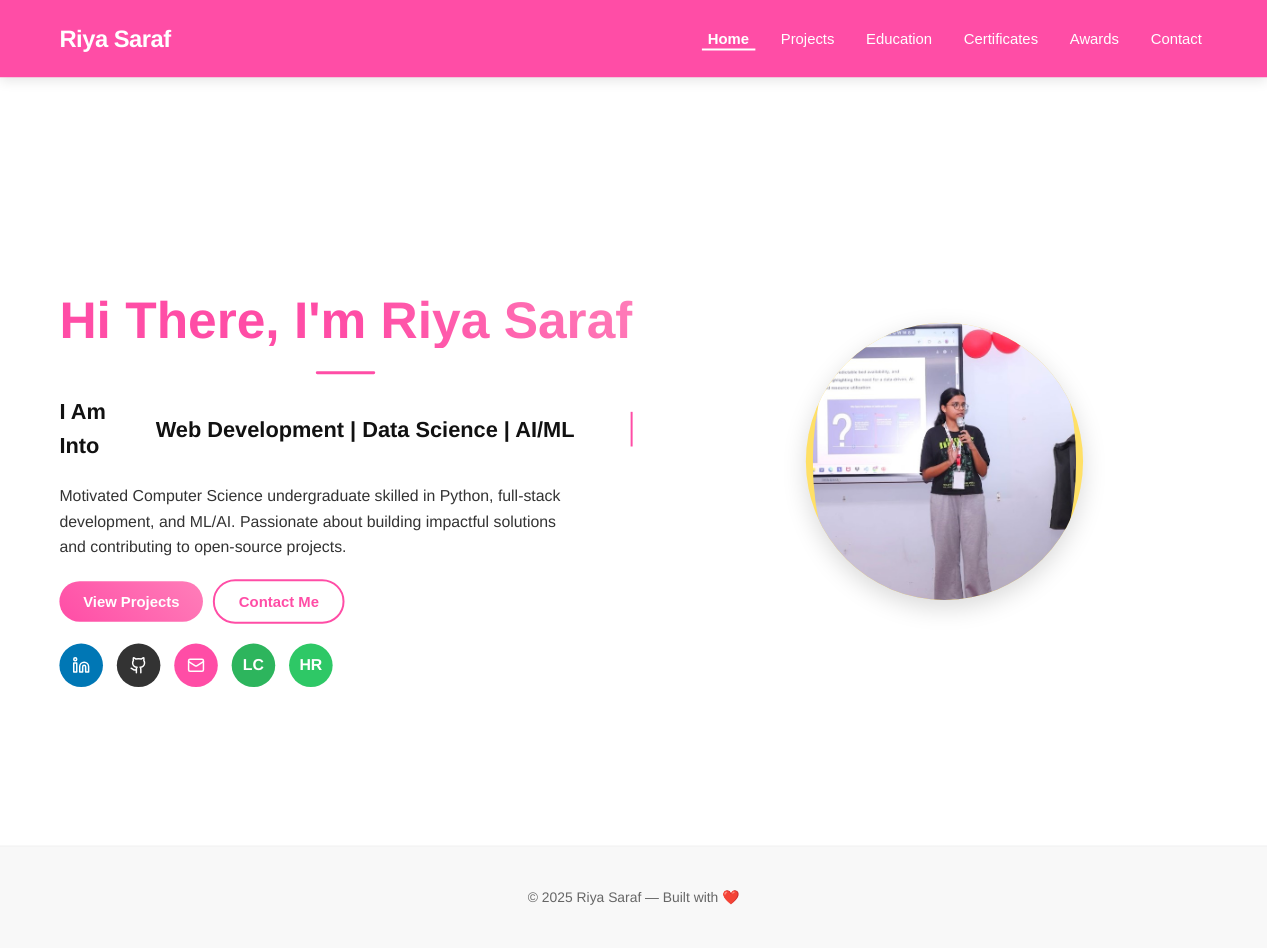
Repository: riyaaaa19/riya-portfolio
Page: /
An editor plug-in stored every save of this project. The page is shown before and after the next save, followed by the edit.
The browser window is 1280 px wide. The pictures show the whole page, at 99% of full size.
The project was rebuilt for these pictures with package versions that can differ from the ones it lists, and the page was loaded fresh each time. Also part of the build but not shown: src/components/TimelineCard.js.

Above is the page before, as saved 2025-09-13 17:27:22.

### src/App.js
import React, { useState } from "react";
import { Mail, Github, Linkedin } from "lucide-react";
import TimelineCard from "./components/TimelineCard"; // adjust path if needed
import "./styles.css"; // Add styles here

export default function RiyaSarafPortfolio() {
  const [activePage, setActivePage] = useState("home");

  const projects = [
    {
      title: "Leave Management System",
      tech: "React.js, FastAPI, PostgreSQL, JWT",
      desc: "Full-stack app for managing employee leave requests with role-based access and JWT authentication.",
      github: "https://github.com/riyaaaa19/leave-management-system",
      live: "https://leave-management-system-cltb.onrender.com/",
      img: "/images/leave.png",
    },
    {
      title: "Genomic Analysis Web Application",
      tech: "Python, Django, Scikit-learn, Pandas",
      desc: "Django app for genomic data analysis with ML model selection, preprocessing and visualizations.",
      github: "https://github.com/riyaaaa19/genomic-analysis-django",
      img: "/images/genomics.png",
    },
    {
      title: "CyberSaarthi – Phishing & Invoice Fraud Detection",
      tech: "FastAPI, React.js, SQLite",
      desc: "ML + rule-based backend for phishing and invoice fraud detection with document parsing and structured reports.",
      github: "https://github.com/riyaaaa19/CyberSaarthi",
      img: "/images/cyber.png",
    },
  ];

  const education = [
    {
      school: "BADERIA GLOBAL INSTITUTE OF ENGINEERING AND MANAGEMENT",
      degree: "B.Tech CSE (Data Science)",
      year: "2022 – 2026",
      score: "CGPA: 8.28",
    },
    {
      school: "Nachiketa Higher Secondary School, Jabalpur",
      degree: "Class 12th • PCM • State Board",
      year: "2022",
      score: "Percentage: 73.4%",
    },
    {
      school: "Nachiketa Higher Secondary School, Jabalpur",
      degree: "Class 10th • State Board",
      year: "2020",
      score: "Percentage: 92%",
    },
  ];

  const certificates = [
    { title: "PCAP: Programming Essentials in Python", img: "/images/certificate1.jpg" },
    { title: "Introduction to Data Science — Cisco", img: "/images/certificate2.jpg" },
    { title: "Accenture Data Analytics Simulation", img: "/images/certificate3.jpg" },
    { title: "Global Entrepreneur Summit — IIT Kharagpur", img: "/images/certificate4.jpg" },
  ];

  const awards = [
    { title: "Branch Topper — 2023, 2024, 2025", img: "/images/award1.jpg" },
    { title: "Best Girls Team Award — Hack SRIT 2025", img: "/images/award2.jpg" },
    { title: "1st Runner-Up — Ecopreneur Hackathon", img: "/images/award3.jpg" },
  ];

  return (
    <div>
      <header>
        <h1>Riya Saraf</h1>
        <nav>
          {["home", "projects", "education", "certificates", "awards", "contact"].map((page) => (
            <button
              key={page}
              onClick={() => setActivePage(page)}
              className={activePage === page ? "active" : ""}
            >
              {page.charAt(0).toUpperCase() + page.slice(1)}
            </button>
          ))}
        </nav>
      </header>

      {activePage === "home" && (
        <section className="hero">
          <div className="particle-bg">
            <span></span><span></span><span></span><span></span><span></span>
          </div>

          <div className="hero-text">
            <h2>
              Hi There, I'm <span className="highlight">Riya Saraf</span>
            </h2>
            <h3>
              I Am Into{" "}
              <span className="typing">
                Web Development | Data Science | AI/ML
              </span>
            </h3>
            <p>
              Motivated Computer Science undergraduate skilled in Python,
              full-stack development, and ML/AI. Passionate about building
              impactful solutions and contributing to open-source projects.
            </p>
            <div style={{ marginTop: "20px" }}>
              <button className="cta" onClick={() => setActivePage("projects")}>
                View Projects
              </button>
              <button className="outline" onClick={() => setActivePage("contact")}>
                Contact Me
              </button>
            </div>
            <div className="social-icons">
              <a href="https://linkedin.com/in/riya-saraf-9223a9257" target="_blank" rel="noreferrer">
                <Linkedin size={18} />
              </a>
              <a href="https://github.com/riyaaaa19" target="_blank" rel="noreferrer">
                <Github size={18} />
              </a>
              <a href="mailto:riyasaraf19@gmail.com">
                <Mail size={18} />
              </a>
              <a href="https://leetcode.com/u/riyaaa19/" target="_blank" rel="noreferrer">LC</a>
              <a href="https://www.hackerrank.com/profile/riyasaraf19" target="_blank" rel="noreferrer">HR</a>
            </div>
          </div>

          <div className="hero-img">
            <div className="avatar-circle">
              <img src="/images/riya-photo.png" alt="Riya Saraf" />
            </div>
          </div>
        </section>
      )}

      {activePage === "projects" && (
        <section>
          <h2>Projects</h2>
          <div className="grid">
            {projects.map((p, i) => (
              <TimelineCard
                key={i}
                title={p.title}
                subtitle={p.tech}
                img={p.img}
                score={<span style={{ color: "#555" }}>{p.desc}</span>}
                github={p.github}
                live={p.live}
                type="project"
              />
            ))}
          </div>
        </section>
      )}

      {activePage === "education" && (
        <section>
          <h2>Education</h2>
          {education.map((e, i) => (
            <TimelineCard
              key={i}
              title={e.school}
              subtitle={e.degree}
              year={e.year}
              score={e.score}
              icon="🎓"
              type="education"
            />
          ))}
        </section>
      )}

      {activePage === "certificates" && (
        <section>
          <h2>Certificates</h2>
          <div className="grid">
            {certificates.map((c, i) => (
              <TimelineCard key={i} title={c.title} img={c.img} type="certificate" />
            ))}
          </div>
        </section>
      )}

      {activePage === "awards" && (
        <section>
          <h2>Awards</h2>
          <div className="grid">
            {awards.map((a, i) => (
              <TimelineCard key={i} title={a.title} img={a.img} type="award" />
            ))}
          </div>
        </section>
      )}

      {activePage === "contact" && (
        <section>
          <h2>Contact</h2>
          <p>
            Email:{" "}
            <a href="mailto:riyasaraf19@gmail.com" style={{ color: "#ff4da6" }}>
              riyasaraf19@gmail.com
            </a>
          </p>
          <p>
            LinkedIn:{" "}
            <a
              href="https://linkedin.com/in/riya-saraf-9223a9257"
              target="_blank"
              rel="noreferrer"
              style={{ color: "#ff4da6" }}
            >
              linkedin.com/in/riya-saraf
            </a>
          </p>
          <p>
            GitHub:{" "}
            <a
              href="https://github.com/riyaaaa19"
              target="_blank"
              rel="noreferrer"
              style={{ color: "#ff4da6" }}
            >
              github.com/riyaaaa19
            </a>
          </p>
        </section>
      )}

      <footer>© {new Date().getFullYear()} Riya Saraf — Built with ❤️</footer>
    </div>
  );
}

### src/styles.css
body {
  margin: 0;
  font-family: 'Helvetica Neue', Arial, sans-serif;
  background: linear-gradient(135deg, #fdfbfb 0%, #ebedee 100%);
  color: #111;
  line-height: 1.6;
  scroll-behavior: smooth;
}

/* ===== Header ===== */
header {
  position: sticky;
  top: 0;
  background: #ff4da6;
  padding: 20px 60px;
  display: flex;
  justify-content: space-between;
  align-items: center;
  z-index: 100;
  box-shadow: 0 4px 12px rgba(0, 0, 0, 0.1);
  animation: slideDown 0.8s ease-in-out;
}

header h1 {
  margin: 0;
  font-size: 24px;
  font-weight: 700;
  color: #fff;
  letter-spacing: -0.5px;
  transition: transform 0.3s ease;
}

header h1:hover {
  transform: scale(1.08);
}

nav button {
  background: none;
  border: none;
  margin-left: 20px;
  font-size: 15px;
  color: #fff;
  cursor: pointer;
  transition: color 0.3s, border-bottom 0.3s, transform 0.3s;
}

nav button.active {
  font-weight: 600;
  border-bottom: 2px solid #fff;
  padding-bottom: 2px;
}

nav button:hover {
  color: #ffe3f0;
  transform: translateY(-2px);
}

/* ===== Sections ===== */
section {
  padding: 80px 60px;
  background: white;
  animation: fadeIn 1s ease-in;
}

section h2 {
  font-size: 32px;
  font-weight: 700;
  margin-bottom: 25px;
  color: #ff4da6;
  text-align: center;
  position: relative;
}

section h2::after {
  content: "";
  width: 60px;
  height: 3px;
  background: #ff4da6;
  display: block;
  margin: 10px auto 0;
  border-radius: 2px;
  animation: expand 0.8s ease-in-out;
}

/* ===== Hero Section ===== */
.hero {
  display: flex;
  justify-content: space-between;
  align-items: center;
  gap: 50px;
  padding: 100px 60px;
  min-height: 80vh;
  position: relative;
  overflow: hidden;
}

.hero-text h2 {
  font-size: 52px;
  font-weight: 800;
  margin-bottom: 10px;
  color: #ff4da6;
}

.hero-text .highlight {
  background: linear-gradient(45deg, #ff4da6, #ff7eb9);
  background-clip: text;
  -webkit-background-clip: text;
  color: transparent;
  -webkit-text-fill-color: transparent;
}

.hero-text h3 {
  font-size: 22px;
  font-weight: 600;
  margin: 20px 0;
  color: #111;
  display: flex;
  align-items: center;   /* keeps alignment */
  gap: 8px;              /* spacing between static text and typing */
}

.hero-text p {
  max-width: 520px;
  font-size: 16px;
  color: #333;
  line-height: 1.6;
}

.typing {
  display: inline-block;
  border-right: 2px solid #ff4da6;
  white-space: nowrap;
  overflow: hidden;
  vertical-align: middle;
  animation: typing 5s steps(30) infinite alternate;
}

@keyframes typing {
  from { width: 0; }
  to { width: 100%; }
}

/* ===== Avatar ===== */
.hero-img {
  flex: 1;
  display: flex;
  justify-content: center;
  align-items: center;
}

.avatar-circle {
  width: 280px;
  height: 280px;
  border-radius: 50%;
  background: #ffe066;
  display: flex;
  justify-content: center;
  align-items: center;
  box-shadow: 0 8px 25px rgba(0,0,0,0.15);
  overflow: hidden;
  transition: transform 0.4s ease, box-shadow 0.4s ease;
}

.avatar-circle img {
  width: 95%;
  height: auto;
  border-radius: 50%;
  object-fit: cover;
}

.avatar-circle:hover {
  transform: scale(1.05);
  box-shadow: 0 10px 30px rgba(255, 77, 166, 0.3);
}

/* ===== Buttons ===== */
button.cta,
button.outline {
  font-size: 15px;
  padding: 12px 24px;
  border-radius: 25px;
  font-weight: 600;
  cursor: pointer;
}

button.cta {
  background: linear-gradient(45deg, #ff4da6, #ff7eb9);
  color: white;
  border: none;
  margin-right: 10px;
  transition: transform 0.3s, box-shadow 0.3s;
}

button.cta:hover {
  transform: translateY(-2px);
  box-shadow: 0 4px 12px rgba(255, 77, 166, 0.4);
}

button.outline {
  background: none;
  border: 2px solid #ff4da6;
  color: #ff4da6;
  transition: all 0.3s ease-in-out;
}

button.outline:hover {
  background: #ff4da6;
  color: white;
  box-shadow: 0 4px 12px rgba(255, 77, 166, 0.4);
}

/* ===== Social Icons ===== */
.social-icons {
  display: flex;
  gap: 14px;
  margin-top: 20px;
}

.social-icons a {
  width: 44px;
  height: 44px;
  border-radius: 50%;
  display: flex;
  align-items: center;
  justify-content: center;
  font-size: 16px;
  color: #fff;
  transition: transform 0.3s ease, background 0.3s ease;
  text-decoration: none;
}

.social-icons a:hover {
  transform: translateY(-3px);
}

/* Specific brand colors */
.social-icons a[href*="linkedin"] { background: #0077b5; }
.social-icons a[href*="github"] { background: #333; }
.social-icons a[href*="mailto"] { background: #ff4da6; }
.social-icons a[href*="leetcode"] { background: #2db55d; font-weight: 600; }
.social-icons a[href*="hackerrank"] { background: #2ec866; font-weight: 600; }

/* ===== Particle Background (Pure CSS) ===== */
.particle-bg {
  position: absolute;
  top: 0;
  left: 0;
  width: 100%;
  height: 100%;
  overflow: hidden;
  z-index: -1;
}

.particle-bg span {
  position: absolute;
  display: block;
  width: 6px;
  height: 6px;
  background: #ff4da6;
  border-radius: 50%;
  animation: float 10s linear infinite;
  opacity: 0.5;
}

.particle-bg span:nth-child(1) { top: 20%; left: 15%; animation-duration: 12s; }
.particle-bg span:nth-child(2) { top: 40%; left: 70%; animation-duration: 8s; }
.particle-bg span:nth-child(3) { top: 65%; left: 25%; animation-duration: 15s; }
.particle-bg span:nth-child(4) { top: 80%; left: 55%; animation-duration: 10s; }
.particle-bg span:nth-child(5) { top: 30%; left: 85%; animation-duration: 14s; }

@keyframes float {
  0% { transform: translateY(0) scale(1); opacity: 0.6; }
  50% { transform: translateY(-40px) scale(1.2); opacity: 1; }
  100% { transform: translateY(0) scale(1); opacity: 0.6; }
}

/* ===== Cards Grid ===== */
.grid {
  display: grid;
  grid-template-columns: repeat(auto-fit, minmax(360px, 1fr)); /* bigger */
  gap: 30px;
  padding: 30px 0;
  justify-content: center;
}

.grid img {
  width: 100%;
  height: 220px;            /* uniform */
  object-fit: cover;
  border-radius: 12px;
  transition: transform 0.4s ease, box-shadow 0.4s ease;
}

.grid img:hover {
  transform: scale(1.03);
  box-shadow: 0 10px 20px rgba(0, 0, 0, 0.15);
}

/* ===== Footer ===== */
footer {
  text-align: center;
  padding: 40px 0;
  font-size: 14px;
  color: #666;
  background: #f8f8f8;
  border-top: 1px solid #eee;
}

/* ===== Animations ===== */
@keyframes fadeIn {
  0% { opacity: 0; transform: translateY(20px); }
  100% { opacity: 1; transform: translateY(0); }
}

@keyframes fadeUp {
  0% { opacity: 0; transform: translateY(40px); }
  100% { opacity: 1; transform: translateY(0); }
}

@keyframes slideDown {
  0% { transform: translateY(-100%); }
  100% { transform: translateY(0); }
}

@keyframes expand {
  from { width: 0; }
  to { width: 60px; }
}

Loaded but not shown: public/index.html (common file); src/index.js (common file)

After the next save:
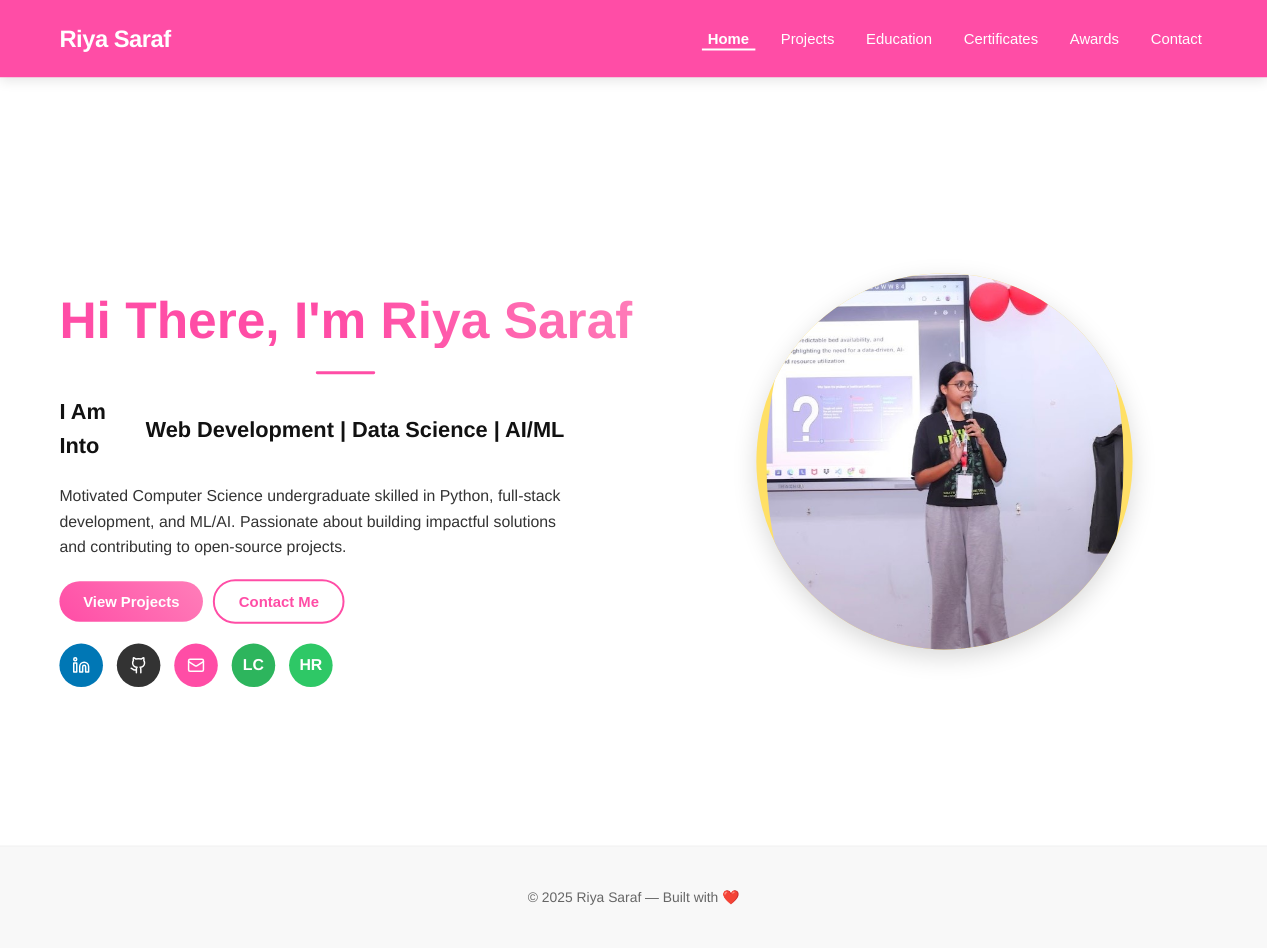
Saved 4 min 12 s later.
--- a/src/styles.css
+++ b/src/styles.css
@@ -1,3 +1,4 @@
+/* ===== General Styling ===== */
 body {
   margin: 0;
   font-family: 'Helvetica Neue', Arial, sans-serif;
@@ -103,10 +104,9 @@ section h2::after {
 
 .hero-text .highlight {
   background: linear-gradient(45deg, #ff4da6, #ff7eb9);
-  background-clip: text;
   -webkit-background-clip: text;
+  -webkit-text-fill-color: transparent;
   color: transparent;
-  -webkit-text-fill-color: transparent;
 }
 
 .hero-text h3 {
@@ -115,8 +115,8 @@ section h2::after {
   margin: 20px 0;
   color: #111;
   display: flex;
-  align-items: center;   /* keeps alignment */
-  gap: 8px;              /* spacing between static text and typing */
+  align-items: center;
+  gap: 8px;
 }
 
 .hero-text p {
@@ -126,21 +126,27 @@ section h2::after {
   line-height: 1.6;
 }
 
+/* Updated Typing effect */
 .typing {
   display: inline-block;
   border-right: 2px solid #ff4da6;
   white-space: nowrap;
   overflow: hidden;
   vertical-align: middle;
-  animation: typing 5s steps(30) infinite alternate;
+  animation: typing 2.5s steps(30, end) forwards, blink-caret 0.75s step-end infinite;
 }
 
 @keyframes typing {
-  from { width: 0; }
-  to { width: 100%; }
-}
-
-/* ===== Avatar ===== */
+  from { width: 0 }
+  to { width: 100% }
+}
+
+@keyframes blink-caret {
+  from, to { border-color: transparent }
+  50% { border-color: #ff4da6; }
+}
+
+/* ===== Avatar (Updated size) ===== */
 .hero-img {
   flex: 1;
   display: flex;
@@ -149,8 +155,8 @@ section h2::after {
 }
 
 .avatar-circle {
-  width: 280px;
-  height: 280px;
+  width: 380px; /* Increased size */
+  height: 380px; /* Increased size */
   border-radius: 50%;
   background: #ffe066;
   display: flex;
@@ -277,7 +283,7 @@ button.outline:hover {
 /* ===== Cards Grid ===== */
 .grid {
   display: grid;
-  grid-template-columns: repeat(auto-fit, minmax(360px, 1fr)); /* bigger */
+  grid-template-columns: repeat(auto-fit, minmax(360px, 1fr));
   gap: 30px;
   padding: 30px 0;
   justify-content: center;
@@ -285,7 +291,7 @@ button.outline:hover {
 
 .grid img {
   width: 100%;
-  height: 220px;            /* uniform */
+  height: 220px;
   object-fit: cover;
   border-radius: 12px;
   transition: transform 0.4s ease, box-shadow 0.4s ease;
